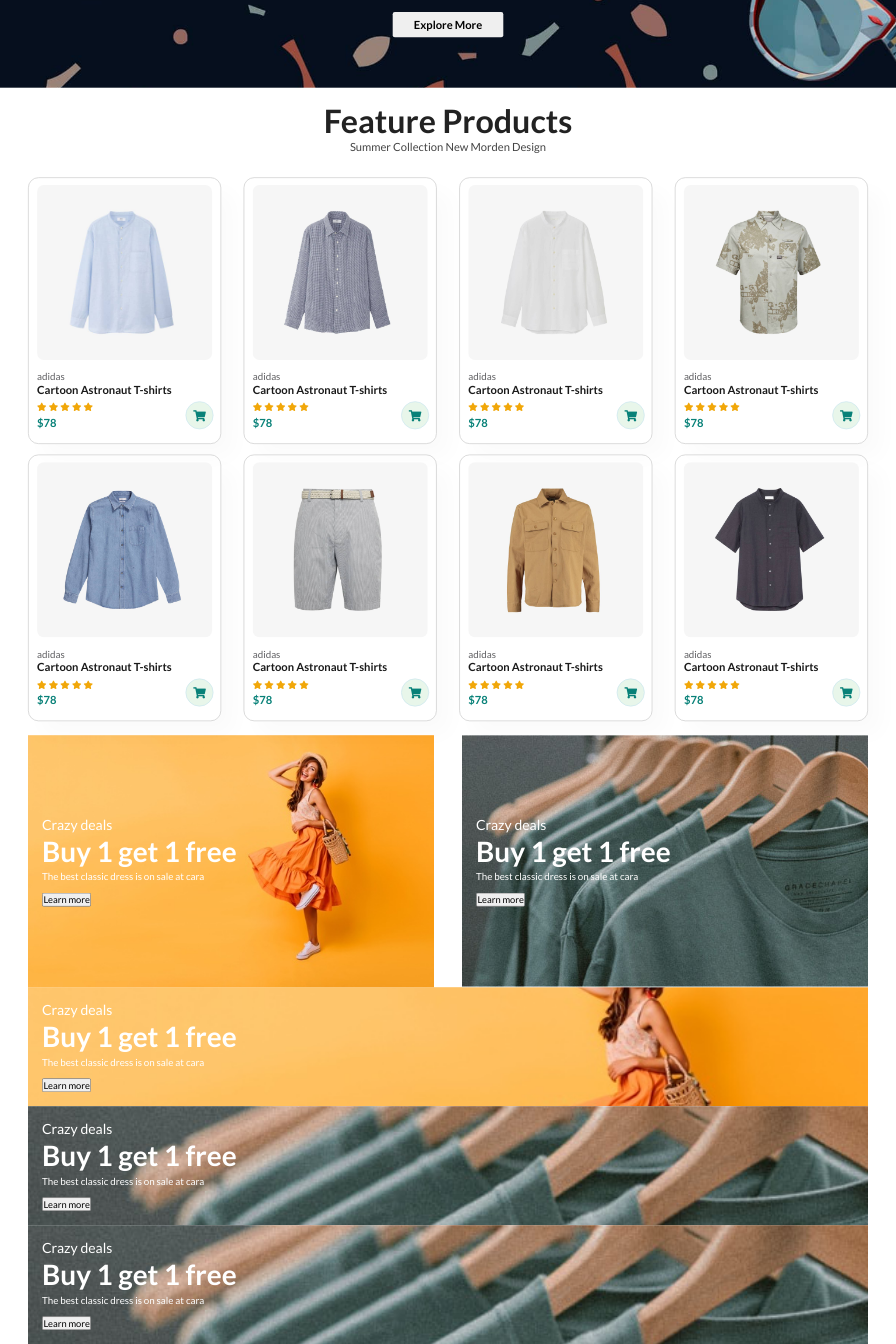
Repository: Nguyenductuan-dev/Website-Clothes
Page: index.html
An editor plug-in stored every save of this project. The page is shown before and after the next save, followed by the edit.
The browser window is 1280 px wide. The pictures show the part of the page from y = 2036 to 3956 px (the page is 3956 px tall before and 3896 px after), at 70% of full size.

Above is the page before, as saved 2022-05-15 22:59:24.

After the next save:
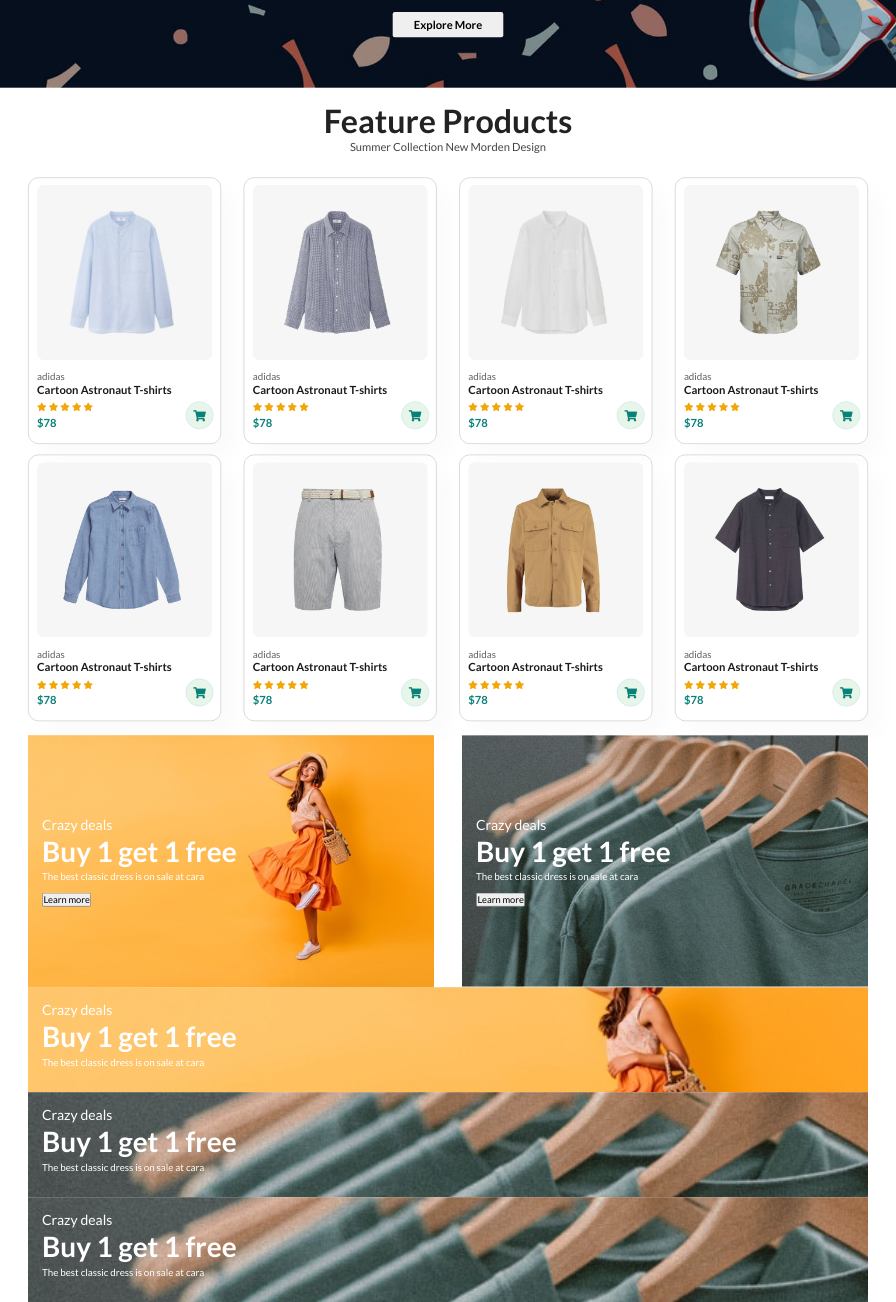
Saved 15 s later.
--- a/index.html
+++ b/index.html
@@ -469,25 +469,16 @@
                 <h4>Crazy deals</h4>
                 <h2>Buy 1 get 1 free</h2>
                 <p>The best classic dress is on sale at cara</p>
-                <button class="banner3__btn">
-                    Learn more
-                </button>
             </div>
             <div class="banner__box spring-summer banner3__box">
                 <h4>Crazy deals</h4>
                 <h2>Buy 1 get 1 free</h2>
                 <p>The best classic dress is on sale at cara</p>
-                <button class="banner3__btn">
-                    Learn more
-                </button>
             </div>
             <div class="banner__box spring-summer banner3__box">
                 <h4>Crazy deals</h4>
                 <h2>Buy 1 get 1 free</h2>
                 <p>The best classic dress is on sale at cara</p>
-                <button class="banner3__btn">
-                    Learn more
-                </button>
             </div>
         </div>
     </section>
